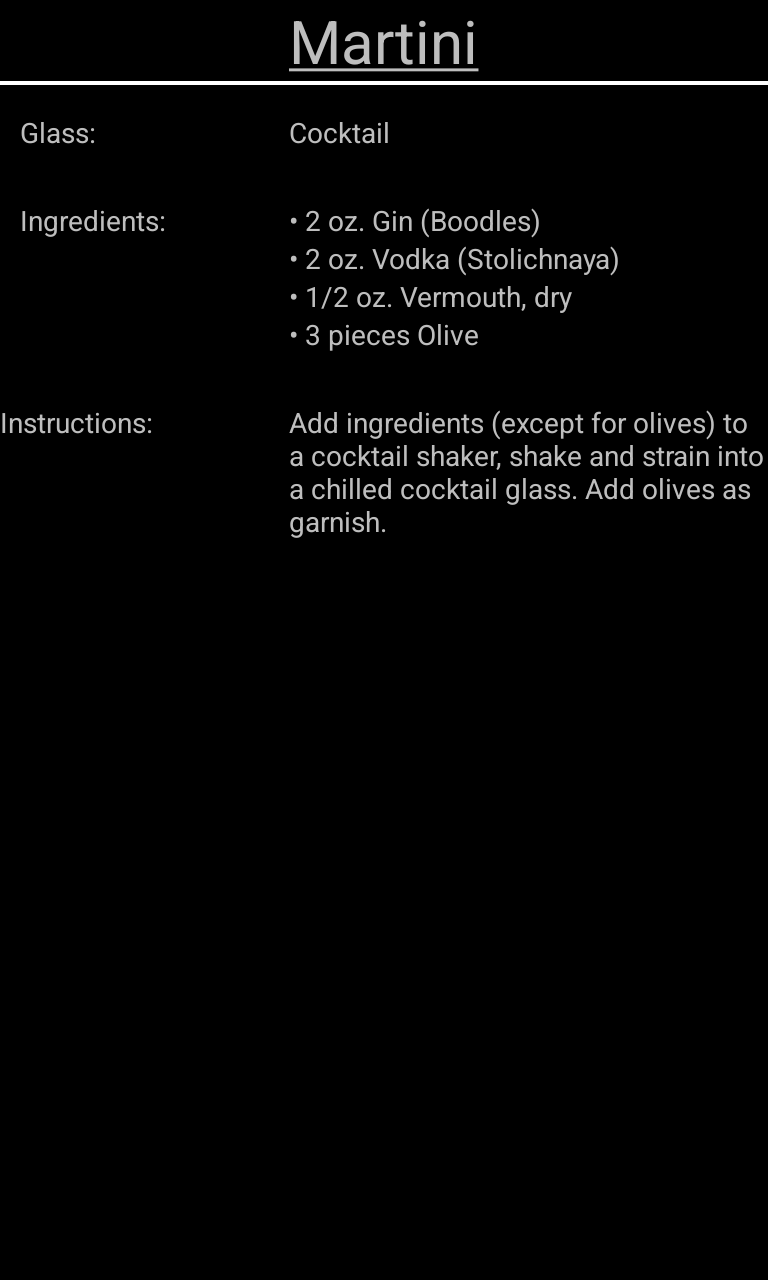
Repository: caltangelo/Drinkables
Layout: CocktailView/res/layout/main.xml
The author's editor kept a copy of each file at every save. The layout is drawn from the files as they stood at one save, then again after the next save.
It is drawn on a 768 x 1280 px phone screen (xhdpi) without system bars, with theme android:Theme; the app's code is not run.

Above is the layout before, as saved 2011-09-22 21:06:48.

### CocktailView/res/layout/main.xml
<?xml version="1.0" encoding="utf-8"?>
<RelativeLayout xmlns:android="http://schemas.android.com/apk/res/android"
	android:orientation="vertical" android:layout_width="fill_parent"
	android:layout_height="fill_parent">
	<TextView android:id="@+id/drinkname" android:layout_height="wrap_content"
		android:textSize="30sp" android:text="@string/drink_name"
		android:layout_width="wrap_content" android:layout_alignParentTop="true"
		android:layout_centerHorizontal="true" />

	<TextView android:layout_width="fill_parent" android:layout_height="2dp" android:background="#FFFFFFFF"
		android:layout_below="@id/drinkname"/>

	<TextView android:id="@+id/glass_label" android:layout_width="wrap_content"
		android:layout_height="wrap_content" android:layout_below="@id/drinkname"
		android:layout_marginLeft="10dp" android:text="Glass:" android:layout_marginTop="16dp"/>
	<TextView android:id="@+id/glass_type"
		android:layout_toRightOf="@id/glass_label" android:text="@string/drink_glass"
		android:layout_height="wrap_content" android:layout_width="wrap_content"
		android:layout_alignTop="@id/glass_label" android:layout_alignLeft="@+id/drinkname" />

	<TextView android:layout_height="wrap_content" android:id="@+id/ingredient_label"
		android:text="Ingredients: " android:layout_width="wrap_content"
		android:layout_below="@+id/glass_label"
		android:layout_alignLeft="@id/glass_label" android:layout_marginTop="25dp" />
	<TableLayout android:layout_height="wrap_content"
		android:id="@+id/ingredient_table" android:layout_width="wrap_content"
		android:layout_alignTop="@+id/ingredient_label"
		android:layout_alignLeft="@+id/drinkname"
		android:layout_alignParentRight="true">
		<TableRow android:id="@+id/tableRow1" android:layout_width="wrap_content"
			android:layout_height="wrap_content">
			<TextView android:text="• 2 oz. Gin (Boodles)" android:id="@+id/textView1"
				android:layout_width="wrap_content" android:layout_height="wrap_content" />
		</TableRow>
		<TableRow android:id="@+id/tableRow2" android:layout_width="wrap_content"
			android:layout_height="wrap_content">
			<TextView android:text="• 2 oz. Vodka (Stolichnaya)"
				android:id="@+id/textView2" android:layout_width="wrap_content"
				android:layout_height="wrap_content"></TextView>
		</TableRow>
		<TableRow android:id="@+id/tableRow3" android:layout_width="wrap_content"
			android:layout_height="wrap_content">
			<TextView android:text="• 1/2 oz. Vermouth, dry" android:id="@+id/textView3"
				android:layout_width="wrap_content" android:layout_height="wrap_content"></TextView>
		</TableRow>
		<TableRow android:id="@+id/tableRow4" android:layout_width="wrap_content"
			android:layout_height="wrap_content">
			<TextView android:text="• 3 pieces Olive" android:id="@+id/textView4"
				android:layout_width="wrap_content" android:layout_height="wrap_content"></TextView>
		</TableRow>
	</TableLayout>

	<TextView android:id="@+id/instruction_label"
		android:layout_height="wrap_content" android:layout_width="wrap_content"
		android:layout_below="@id/ingredient_table"
		android:layout_alignParentLeft="true" android:text="Instructions: "
		android:layout_marginTop="25dp" />
	<TextView android:id="@+id/instructions"
		android:layout_height="wrap_content" android:layout_width="wrap_content"
		android:layout_alignTop="@id/instruction_label"
		android:layout_alignLeft="@id/drinkname"
		android:layout_alignParentRight="true" android:text="@string/drink_instructions" />

</RelativeLayout>

### CocktailView/res/values/strings.xml
<?xml version="1.0" encoding="utf-8"?>
<resources>
    <string name="hello">Hello World, CocktailViewActivity!</string>
    <string name="app_name">CocktailView</string>
    <string name="drink_name"><u>Martini</u></string>
    <string name="drink_glass">Cocktail</string>
    <string-array name="drink_ingredients">
        <item>2 oz. Gin (Boodles)</item>
        <item>2 oz. Vodka (Stolichnaya)</item>
        <item>1/2 oz. Vermouth, dry</item>
        <item>3 pieces Olive</item>
    </string-array>
    <string name="drink_instructions">Add ingredients (except for olives) to a cocktail shaker, shake and strain into a chilled cocktail glass.  Add olives as garnish.</string>
</resources>

After the next save:
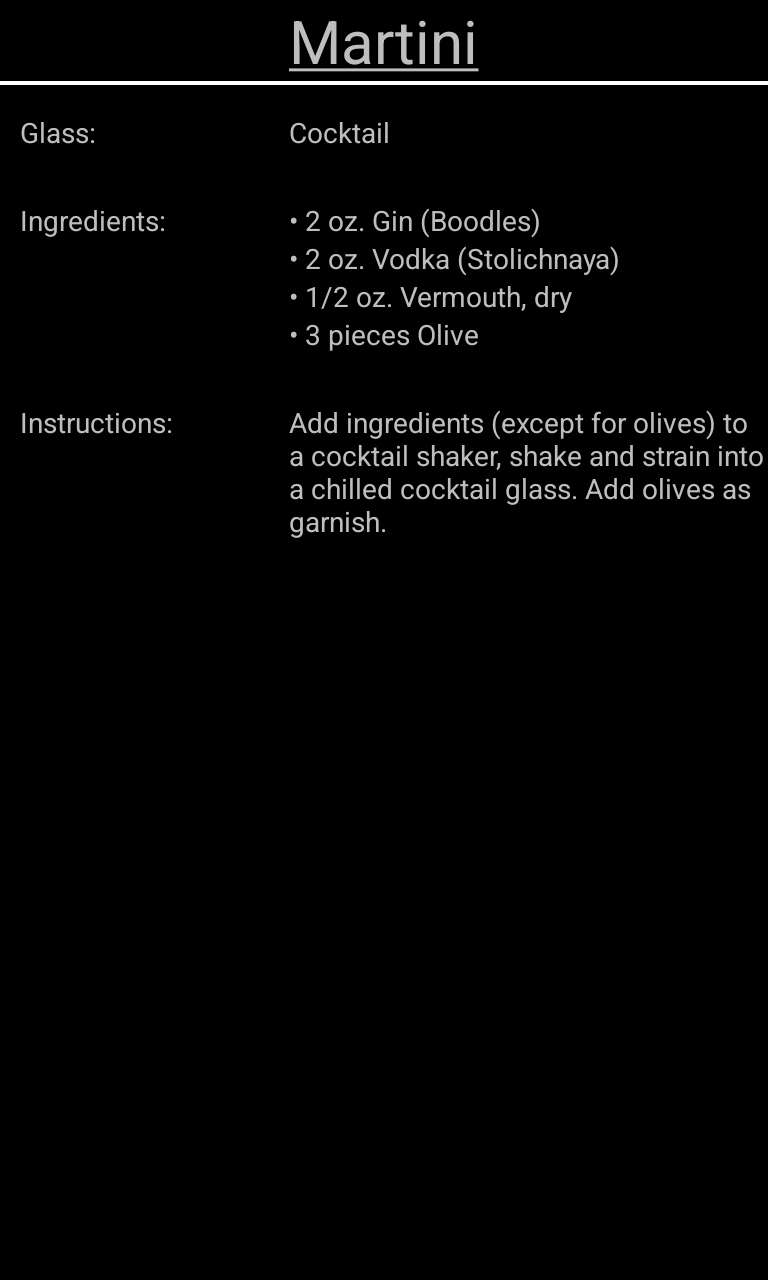
Saved 31 s later.
--- a/CocktailView/res/layout/main.xml
+++ b/CocktailView/res/layout/main.xml
@@ -53,7 +53,7 @@
 	<TextView android:id="@+id/instruction_label"
 		android:layout_height="wrap_content" android:layout_width="wrap_content"
 		android:layout_below="@id/ingredient_table"
-		android:layout_alignParentLeft="true" android:text="Instructions: "
+		android:layout_alignLeft="@id/glass_label" android:text="Instructions: "
 		android:layout_marginTop="25dp" />
 	<TextView android:id="@+id/instructions"
 		android:layout_height="wrap_content" android:layout_width="wrap_content"
